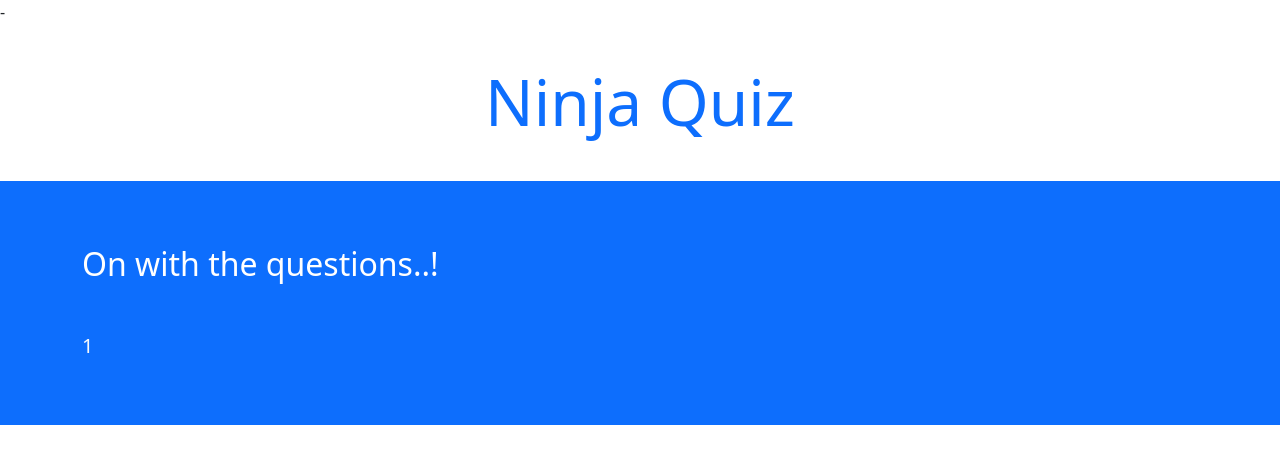
Repository: Programmer-RD-AI/Modern-JavaScript-Complete-guide-from-Novice-to-Ninja
Page: ninja_quiz/index.html
These files come from the project's save history. The page is drawn as it stood at one moment and after a run of saves; the edit follows.
The browser window is 1280 px wide. The pictures show the whole page.

Above is the page before, as saved 2023-12-26 15:25:26.

### ninja_quiz/index.html
<html lang="en">
  <head>
    <meta charset="UTF-8" />
    -
    <meta name="viewport" content="width=device-width, initial-scale=1.0" />
    <link
      href="https://cdn.jsdelivr.net/npm/bootstrap@5.3.2/dist/css/bootstrap.min.css"
      rel="stylesheet"
      integrity="sha384-T3c6CoIi6uLrA9TneNEoa7RxnatzjcDSCmG1MXxSR1GAsXEV/Dwwykc2MPK8M2HN"
      crossorigin="anonymous"
    />
    <title>Ninja Quiz</title>
    <link rel="stylesheet" href="style.css" />
  </head>
  <body>
    <!-- introduction -->
    <div class="intro py-3 bg-white text-center">
      <div class="container">
        <h2 class="text-primary display-3 my-4">Ninja Quiz</h2>
      </div>
    </div>
    <!-- quiz section -->
    <div class="quiz py-3 bg-primary">
      <div class="container">
        <h2 class="my-5 text-white">On with the questions..!</h2>
        <form class="quiz-form text-light">
          <div class="my-5">
            <p class="lead font-weight-normal">1</p>
          </div>
        </form>
      </div>
    </div>
    <script src="app.js"></script>
  </body>
</html>

Loaded but not shown: ninja_quiz/app.js (no copy from this time; the picture is the same without it); ninja_quiz/style.css (no stored copy; drawn as an empty file)

After the next 2 saves:
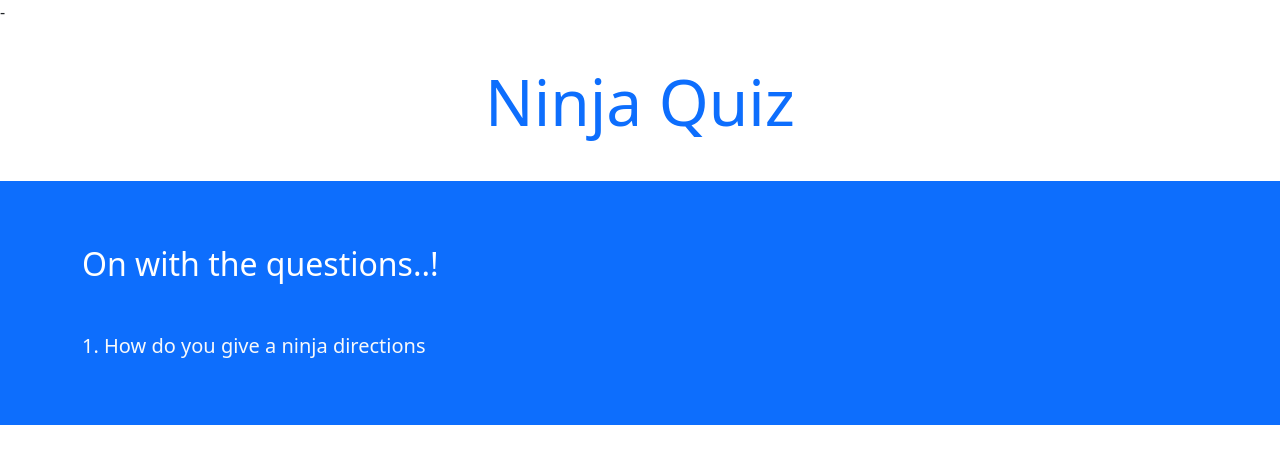
The 2 saves are shown as one change because they came seconds apart.
The last was saved 8 s later.
--- a/ninja_quiz/index.html
+++ b/ninja_quiz/index.html
@@ -25,7 +25,8 @@
         <h2 class="my-5 text-white">On with the questions..!</h2>
         <form class="quiz-form text-light">
           <div class="my-5">
-            <p class="lead font-weight-normal">1</p>
+            <p class="lead font-weight-normal">1. How do you give a ninja directions</p>
+
           </div>
         </form>
       </div>
